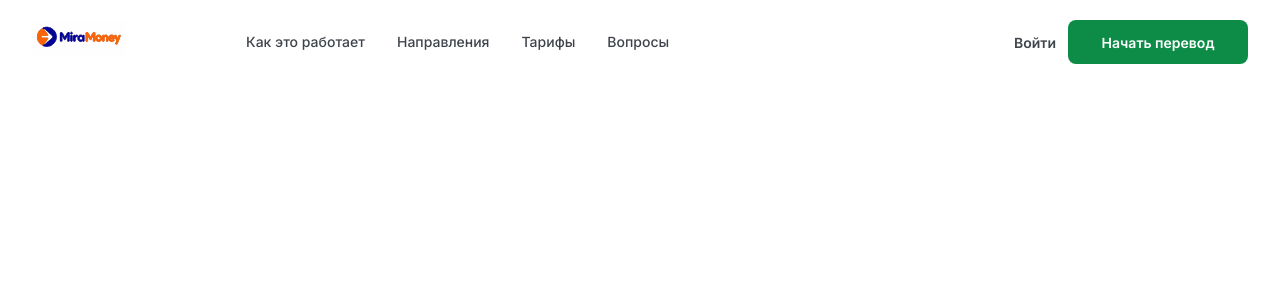
Repository: Shaiyr1/mira-money
Page: index.html
An editor plug-in stored every save of this project. The page is shown before and after a run of saves, followed by the edit.
The browser window is 1280 px wide. The pictures show the whole page.
The pointer rests on the first visible `.header-nav__sign-btn`.

Above is the page before, as saved 2026-10-19 16:55:39.

### index.html
<!DOCTYPE html>
<html lang="en">
<head>
    <meta charset="UTF-8">
    <meta http-equiv="X-UA-Compatible" content="IE=edge">
    <meta name="viewport" content="width=device-width, initial-scale=1.0">
    <link rel="stylesheet" href="/src/css/style.css">
    <title>Document</title>
</head>
<body>
    <header class="header">
        <nav class="header-nav">
            <a class="header-nav__link" href="">
                <img class="header-nav__link-logo" src="./src/img/logo.svg" alt="logo">
            </a>
            <ul class="header-nav__ul">
                <li class="header-nav__li">
                    <a class="header-nav__li-link" href="">Как это работает</a>
                </li>
                <li class="header-nav__li">
                    <a class="header-nav__li-link" href="">Направления</a>
                </li>
                <li class="header-nav__li">
                    <a class="header-nav__li-link" href="">Тарифы</a>
                </li>
                <li class="header-nav__li">
                    <a class="header-nav__li-link" href="">Вопросы</a>
                </li>
            </ul>
            <div class="header-nav__sign">
                <a class="header-nav__sign-link" href="">Войти</a>
                <button class="header-nav__sign-btn">Начать перевод</button>
            </div>
        </nav>
    </header>
</body>
</html>

### src/css/style.css
@import url('https://fonts.googleapis.com/css2?family=Inter:ital,opsz,wght@0,14..32,100..900;1,14..32,100..900&display=swap');

* {
    margin: 0;
    padding: 0;
    box-sizing: border-box;
}

.header {}

.header-nav {
    width: 95%;
    height: 84px;
    margin: 0 auto;
    display: flex;
    align-items: center;
}

.header-nav__link {}

.header-nav__link-logo {}

.header-nav__ul {
    margin-left: 120px;
    display: flex;
    align-items: center;
    gap: 32px;
}

.header-nav__li {
    list-style-type: none;
}

.header-nav__li-link {
    text-decoration: none;
    color: #3f444c;
    font-size: 14px;
    font-family: Inter;
    font-weight: 500;
}

.header-nav__sign {
    margin-left: auto;
    display: flex;
    align-items: center;
    gap: 12px;
}

.header-nav__sign-link {
    text-decoration: none;
    color: #3f454c;
    font-size: 14px;
    font-family: Inter;
    font-weight: 600;
}

.header-nav__sign-btn {
    background-color: #0c8c47;
    width: 180px;
    height: 44px;
    border-radius: 8px;
    color: #ffffff;
    font-size: 14px;
    font-family: Inter;
    font-weight: 600;
    border: none;
    cursor: pointer;
}
.header-nav__sign-btn:hover {
    background-color: ;
}

After the next 2 saves:
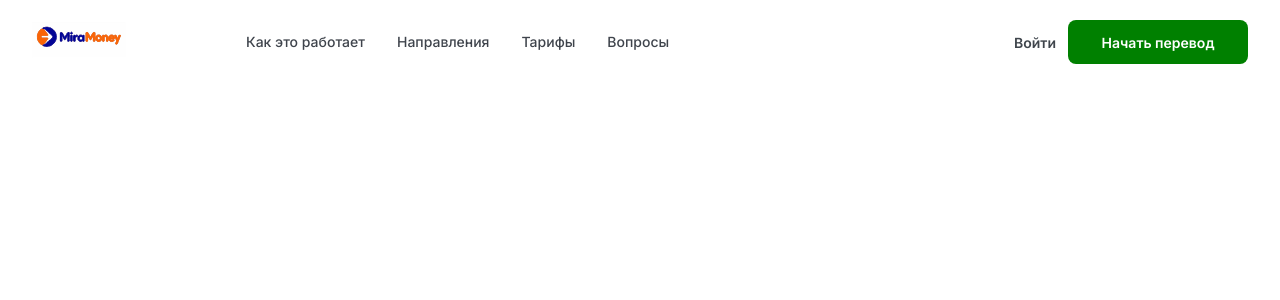
The 2 saves are shown as one change because they came seconds apart.
The last was saved 5 s later.
--- a/src/css/style.css
+++ b/src/css/style.css
@@ -67,5 +67,6 @@
     cursor: pointer;
 }
 .header-nav__sign-btn:hover {
-    background-color: ;
+    background-color: green;
+    tr
 }
